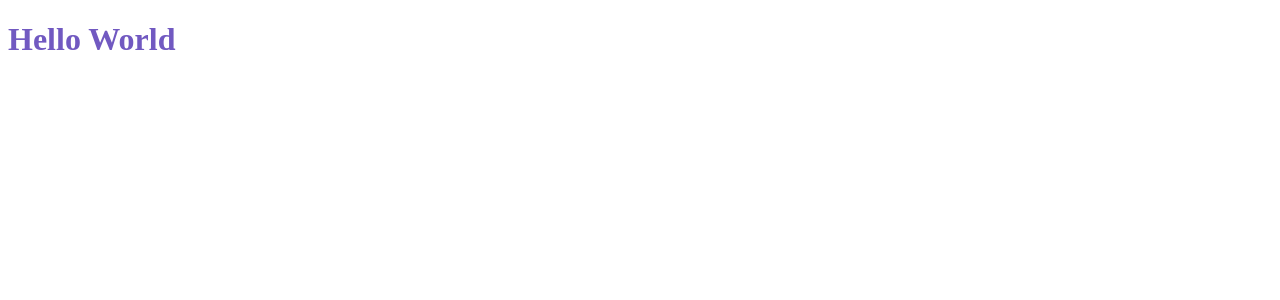
Repository: pedroevangelista/be-the-hero
Page: /register (app in frontend/)
An editor plug-in stored every save of this project. The page is shown before and after the next save, followed by the edit.
The browser window is 1280 px wide. The pictures show the whole page.
The project was rebuilt for these pictures with package versions that can differ from the ones it lists, and the page was loaded fresh each time.

Above is the page before, as saved 2020-03-25 12:01:53.

After the next save:
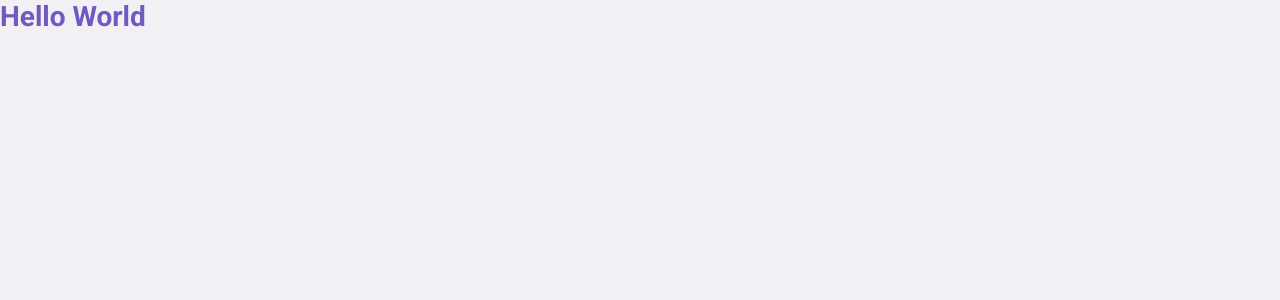
Saved 21 s later.
--- a/frontend/src/App.js
+++ b/frontend/src/App.js
@@ -1,4 +1,5 @@
 import React from 'react';
+import './global.css'
 import Logon from './pages/Logon';
 
 function App() {
